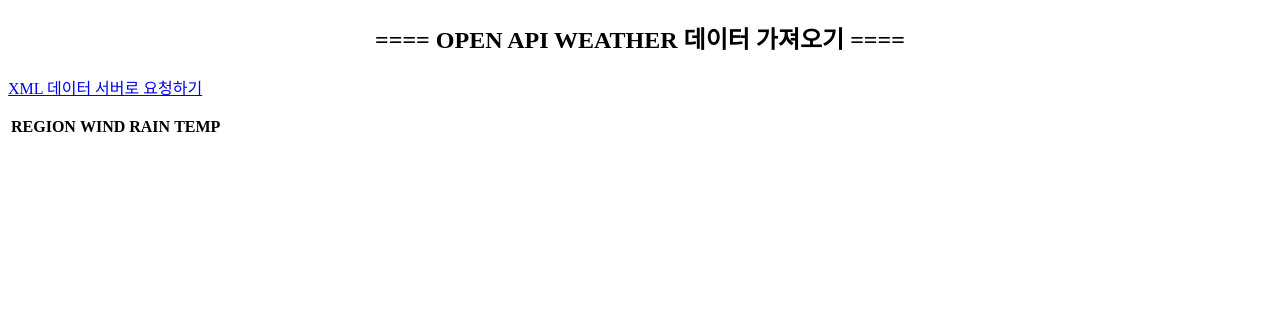
Repository: skybluelion/KB
Page: KB/work05_front/front06_Ajax/src/main/webapp/ajax03_OpenAPI.html
An editor plug-in stored every save of this project. The page is shown before and after the next save, followed by the edit.
The browser window is 1280 px wide. The pictures show the whole page.

Above is the page before, as saved 2023-04-13 07:01:10.

### KB/work05_front/front06_Ajax/src/main/webapp/ajax03_OpenAPI.html
<!DOCTYPE html>
<html>
<head>
<meta charset="UTF-8">
<meta name="viewport" content="width=device-width, initial-scale=1"> <!-- 반응형 웹-> 모바일 -->
<title>Insert title here</title>
<script src="https://ajax.googleapis.com/ajax/libs/jquery/3.6.0/jquery.min.js"></script>



<script>
  $(function() {
    $('#send').one('click',function() {
		$.ajax({
			//요청
			type: 'get',
			url: 'http://localhost:8888/weather.xml',
			dataType: 'xml',//응답시 전달되는 데이터의 타입
			//응답
			success:function(data){
				var str ='';
				$(data).find('list').each(function(index,item) {
					var region=$(this).find('region').text();
					var wind=$(this).find('wind').text();
					var rain=$(this).find('rain').text();
					var temp=$(this).find('temp').text();

					str +='<tr>';
					str +='<td>'+region+'</td>';
					str +='<td>'+wind+'</td>';
					str +='<td>'+rain+'</td>';
					str +='<td>'+temp+'</td>';
					str +='</tr>';
				});	//each

				$('tbody').append(str);
			}//callback
		});//ajax
	});//click
  });
</script>
</head>
<body>
	<div class="container">
		<div class="jumbotron">
			<h2 align="center">==== OPEN API WEATHER 데이터 가져오기 ====</h2>
			<p><a href="#" id="send">XML 데이터 서버로 요청하기</a></p>
			<table class="table table-dark table-striped">
				<thead>
					<tr>
						<th>REGION</th>
						<th>WIND</th>
						<th>RAIN</th>
						<th>TEMP</th>
					</tr>
				</thead>
				<tbody>
				<!-- 이 부분에 공공데이터를 집어 넣기 -->
				</tbody>
			</table>
		</div>
	</div>
</body>
</html>

After the next save:
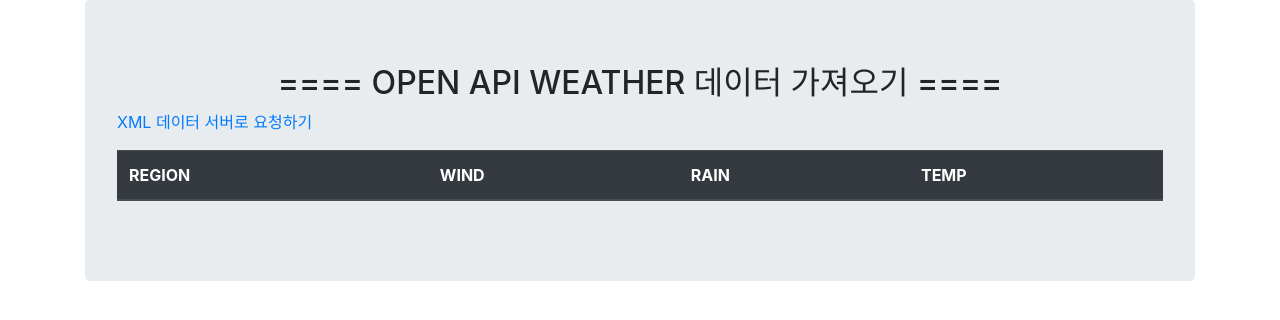
Saved 55 s later.
--- a/KB/work05_front/front06_Ajax/src/main/webapp/ajax03_OpenAPI.html
+++ b/KB/work05_front/front06_Ajax/src/main/webapp/ajax03_OpenAPI.html
@@ -4,8 +4,10 @@
 <meta charset="UTF-8">
 <meta name="viewport" content="width=device-width, initial-scale=1"> <!-- 반응형 웹-> 모바일 -->
 <title>Insert title here</title>
+<link rel="stylesheet" href="https://cdn.jsdelivr.net/npm/bootstrap@4.6.2/dist/css/bootstrap.min.css">
 <script src="https://ajax.googleapis.com/ajax/libs/jquery/3.6.0/jquery.min.js"></script>
-
+  <script src="https://cdn.jsdelivr.net/npm/popper.js@1.16.1/dist/umd/popper.min.js"></script>
+  <script src="https://cdn.jsdelivr.net/npm/bootstrap@4.6.2/dist/js/bootstrap.bundle.min.js"></script>
 
 
 <script>
